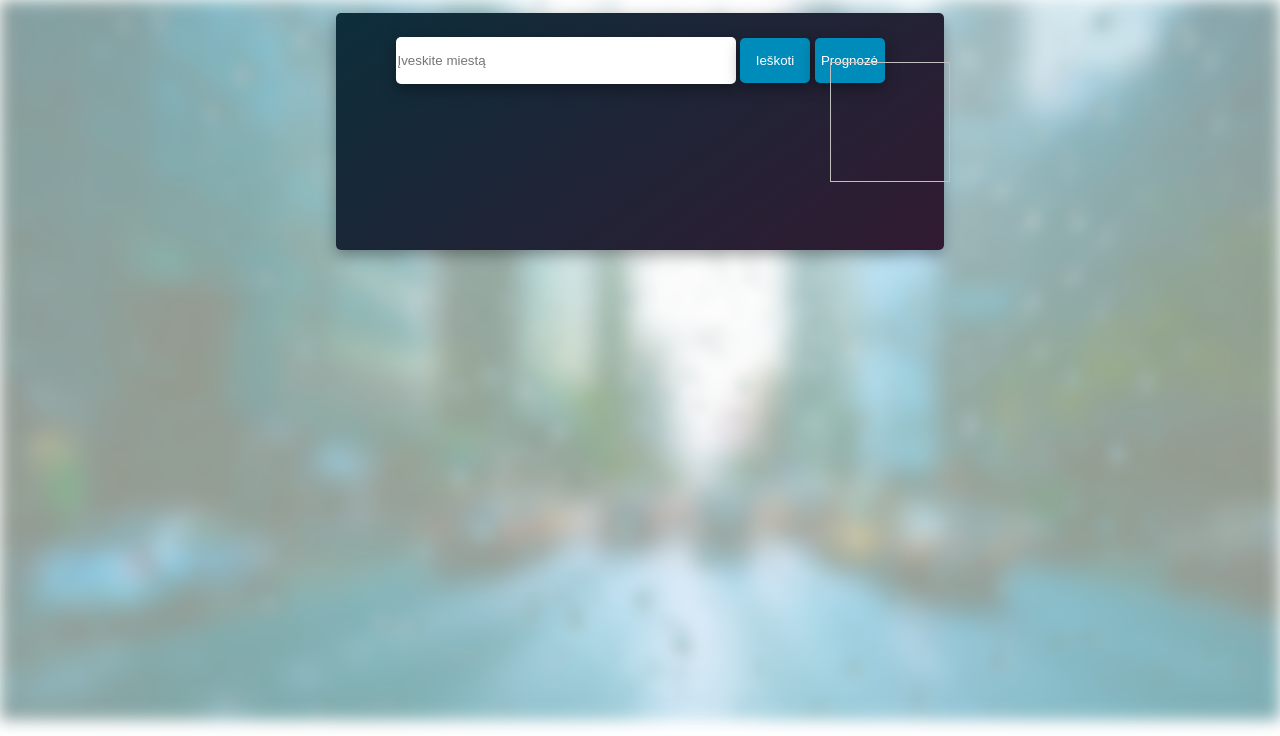
Repository: daxazz1/Weather-app
Page: index.html
An editor plug-in stored every save of this project. The page is shown before and after the next save, followed by the edit.
The browser window is 1280 px wide. The pictures show the whole page.

Above is the page before, as saved 2021-11-08 15:44:16.

### index.html
<!DOCTYPE html>
<html lang="en">
<head>
    <meta charset="UTF-8">
    <meta http-equiv="X-UA-Compatible" content="IE=edge">
    <meta name="viewport" content="width=device-width, initial-scale=1.0">
    <title>Simple weather app</title>
    <link rel="stylesheet" href="style.css">
    <link rel="preconnect" href="https://fonts.googleapis.com">
    <script src="resources/script.js" defer></script>

</head>
<body>
  <div class="content">
    <div id="wrapper1">
      <div class="input">
        <input id="city" placeholder="Įveskite miestą" required/>
        <button id="search">Ieškoti</button>
        <button id="prognoze">Prognozė</button>
      </div>
          <p class="dt"> <span id="datetime"></span></p>
          <div class="siandien">
          <img id="penktas">
          <div id="pirmas"></div>
          <div id="antras"></div>
          <div id="trecias"></div>
          <div id="ketvirtas"></div>
          </div>
          <br><br>
          <!--<button id="prognoze">Prognozė</button>-->
    </div>

    <div id="wrapper2">

      <h1 id="h1"></h1>

    <div class="wrap">

      <div class="rytoj1">
        <table>
          <tr>
            <td><h4 id="h4-1"></h4></td>
            <td><img id="sesto-icon"/></td>
            <td><div id="sestas"></div></td>
            <td><div id="septintas"></div></td>
            <td><div id="astuntas"></div></td>
          </tr>
    </div>

    <div class="rytoj2">
        <tr>
      <td><h4 id="h4-2"></h4></td>
      <td> <img id="devinto-icon"/></td>
      <td> <div id="devintas"></div></td>
      <td> <div id="desimtas"></div></td>
      <td> <div id="vienuoliktas"></div></td>
       </tr>

    </div>
    <div class="rytoj3">
        <tr>
          <td> <h4 id="h4-3"></h4></td>
          <td> <img id="dvylikto-icon"/></td>
          <td> <div id="dvyliktas"></div></td>
          <td> <div id="tryliktas"></div></td>
          <td> <div id="keturioliktas"></div></td>
      </tr>
    </div>
    </table>

  </div>
  </div>

</div>


</body>
</html>

### style.css
#wrapper1,
#wrapper2 {
  color: white;
  width: 35rem;
  text-align: center;
  border-radius: 5px;
  margin: 5px;
  background-color: rgb(255, 255, 255);
  padding: 1.5rem;
  box-shadow: rgba(0, 0, 0, 0.35) 0px 5px 15px;
  background: linear-gradient(0.4turn, #0d2e3b, #311a31);
}

.wrap {
  justify-content: space-around;
  margin-top: 60px;
}
#city {
  width: 60%;
  height: 45px;
  border-radius: 5px;
  border: none;
  box-shadow: rgba(0, 0, 0, 0.35) 0px 5px 15px;
}
button {
  width: 70px;
  height: 45px;
  border: 1px;
  border-radius: 5px;
  color: white;
  background-color: #008cba;
  box-shadow: rgba(0, 0, 0, 0.35) 0px 5px 15px;
  animation: both;
}
button:hover {
  background-color: #1b9cc7;
}
button:active {
  background-color: #0d2e3b;
  box-shadow: 0 1px #666;
  transform: translateY(1px);
}

.dt {
  color: rgb(255, 255, 255);
  font-size: 14px;
  padding-top: 10px;
}

#pirmas {
  font-weight: 500;
  font-size: 36px;
}
.rytoj1,
.rytoj2,
.rytoj3 {
  font-size: 12px;
}

#prognoze:hover {
  background-color: #1b9cc7;
}

#h4-1,
#h4-2,
#h4-3 {
  font-size: 13px;
}

body {
  display: flex;
  height: 100vh;
  justify-content: center;
  font-family: -apple-system, BlinkMacSystemFont, "Segoe UI", Roboto, Oxygen,
    Ubuntu, Cantarell, "Open Sans", "Helvetica Neue", sans-serif;
}
body::after {
  content: "";
  background: url(/pics/backg.jpg);
  opacity: 0.5;
  top: 0;
  left: 0;
  bottom: 0;
  right: 0;
  position: absolute;
  z-index: -1;
  background-size: cover;
  filter: blur(8px);
}
tr:hover {
  background-color: #311a31;
}
td {
  padding: 10px;
}
img {
  position: relative;
  animation: mymove 1s infinite;
}
@keyframes mymove {
  from {
    top: 0px;
  }
  to {
    bottom: 3px;
  }
}

img {
  position: relative;
  top: 50%;
  left: 50%;
  width: 120px;
  height: 120px;
  margin: -60px 0 0 -60px;
  -webkit-animation: spin 4s linear infinite;
  -moz-animation: spin 4s linear infinite;
  animation: spin 4s linear infinite;
}
@-moz-keyframes spin {
  100% {
    -moz-transform: rotate(360deg);
  }
}
@-webkit-keyframes spin {
  100% {
    -webkit-transform: rotate(360deg);
  }
}
@keyframes spin {
  100% {
    -webkit-transform: rotate(360deg);
    transform: rotate(360deg);
  }
}

### resources/script.js
let apiKey = '460522f216939cb477f8b66006be7948' // jusu api key
let lang = 'lt' // kalba
let units = 'metric' // naudojama metrine sistema
let city = 'Vilnius' // miestas irasytas inpute

let cityName = document.getElementById('city')
let searchButton = document.getElementById('search')

// uzdedu click eventa ant search mygtuko
searchButton.addEventListener('click', getDataFromApi)

// funkcija kuri gauna duomenis is API
function getDataFromApi() {
    // paimu irasyta miesta is input ir nustatau
    city = cityName.value

    // url yra skirtas pasiimti duomenis is api
    let url = 'https://api.openweathermap.org/data/2.5/forecast?' +
        'q=' + city +
        '&units=' + units +
        '&lang=' + lang +
        '&appid=' + apiKey

    // su fetch funkcija pasiimu duomenis is api (asinchronine funkcija)
    fetch(url)
        .then(response => response.json())
        // data => jusu kodas
        .then(function (data) {
            //paduodu gautus duomenis i funkcija
            showWeatherInDom(data)
        });
}


document.getElementById("wrapper2").style.display = 'none';



// funkcija kuri gauna duomenis ir juos atvaizduoja
function showWeatherInDom(data) {
    // tikrinu ar mano response yra geras
    if (data.cod === '200') {






    // /prognoze siai dienai

        document.getElementById("pirmas").innerHTML =  data.city.name;
        document.getElementById("antras").innerHTML = "Temperatūra: " + Math.round(data.list[0].main.temp) +" °C / " + "Jaučiama:  " + Math.round(data.list[0].main.feels_like) +" °C";
        document.getElementById("trecias").innerHTML = "Vėjo greitis: " + data.list[0].wind.speed + " m/s";
        document.getElementById("ketvirtas").innerHTML = data.list[0].weather[0].description;


        let iconCode =  data.list[0].weather[0].icon;
        let iconUrl = 'http://openweathermap.org/img/wn/' + iconCode + '@2x.png';
        let image = document.getElementById("penktas");
        image.src = iconUrl;

        console.log(data.list)

        //prognoze rytoj

        document.getElementById("sestas").innerHTML =  "Temperatūra: " + Math.round(data.list[6].main.temp) +" °C / " + "Jaučiama:  " + Math.round(data.list[6].main.feels_like) +" °C";
        document.getElementById("septintas").innerHTML = "Vėjo greitis: " + data.list[6].wind.speed + " m/s";
        document.getElementById("astuntas").innerHTML = data.list[6].weather[0].description;

        let iconCode2 =  data.list[6].weather[0].icon;
        let image2 = document.getElementById("sesto-icon");
        let iconUrl2 = 'http://openweathermap.org/img/wn/' + iconCode2 + '@2x.png';
        image2.src = iconUrl2;

     //prognoze poryt

        document.getElementById("devintas").innerHTML =  "Temperatūra: " + Math.round(data.list[14].main.temp) +" °C / " + "Jaučiama:  " + Math.round(data.list[14].main.feels_like) +" °C";
        document.getElementById("desimtas").innerHTML = "Vėjo greitis: " + data.list[14].wind.speed + " m/s";
        document.getElementById("vienuoliktas").innerHTML = data.list[14].weather[0].description;

        let iconCode3 =  data.list[14].weather[0].icon;
        let image3 = document.getElementById("devinto-icon");
        let iconUrl3 = 'http://openweathermap.org/img/wn/' + iconCode3 + '@2x.png';
        image3.src = iconUrl3;

     //prognoze po 2 dienu

        document.getElementById("dvyliktas").innerHTML =  "Temperatūra: " + Math.round(data.list[22].main.temp) +" °C / " + "Jaučiama:  " + Math.round(data.list[22].main.feels_like) +" °C";
        document.getElementById("tryliktas").innerHTML = "Vėjo greitis: " + data.list[22].wind.speed + " m/s";
        document.getElementById("keturioliktas").innerHTML = data.list[22].weather[0].description;

        let iconCode4 =  data.list[22].weather[0].icon;
        let image4 = document.getElementById("dvylikto-icon");
        let iconUrl4 = 'http://openweathermap.org/img/wn/' + iconCode4 + '@2x.png';
        image4.src = iconUrl4;






        document.getElementById("h1").textContent = "Prognozė";
        document.getElementById("h4-1").innerHTML = data.list[6].dt_txt;
        document.getElementById("h4-2").textContent = data.list[14].dt_txt;
        document.getElementById("h4-3").textContent = data.list[22].dt_txt;

        //Šios dienos data
        let dt = new Date();
        document.getElementById("datetime").innerHTML = "Data: " + dt.toLocaleString();

    } else {
        console.log('Kazkas negerai', data)
    }
}

//miesto pasirinkimas Enter mygtuku

let input = document.getElementById("city");
input.addEventListener("keyup", function(event) {
    if (event.keyCode === 13) {
        event.preventDefault();
        document.getElementById("search").click();
    }
});

//prognozes langas appear/dissapear

function tomorrowWeatherDiv() {

    const wrapperis = document.getElementById('wrapper2');
    if (wrapperis.style.display !== "none") {
        wrapperis.style.display = "none";
    }else {
        wrapperis.style.display = "block";
        }
    }
document.getElementById("prognoze").addEventListener('click', tomorrowWeatherDiv)

After the next save:
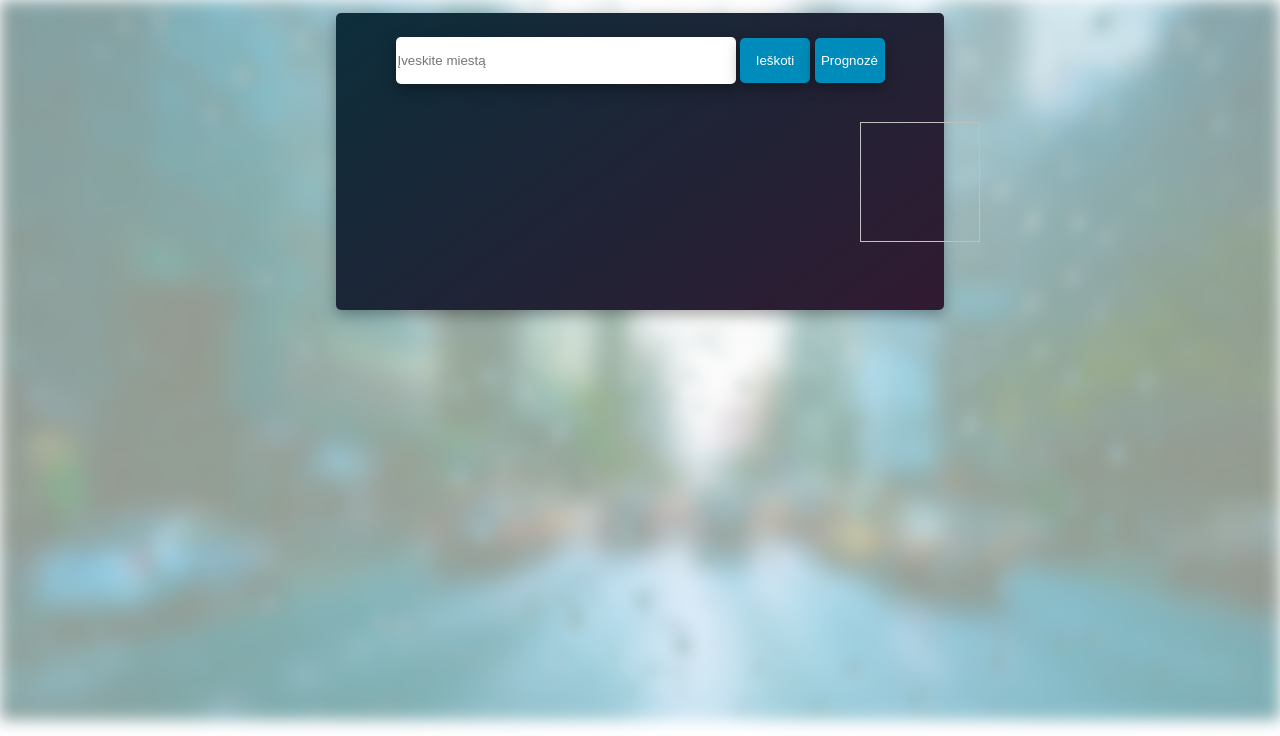
Saved 13 s later.
--- a/style.css
+++ b/style.css
@@ -112,7 +112,7 @@ img {
   left: 50%;
   width: 120px;
   height: 120px;
-  margin: -60px 0 0 -60px;
+
   -webkit-animation: spin 4s linear infinite;
   -moz-animation: spin 4s linear infinite;
   animation: spin 4s linear infinite;
